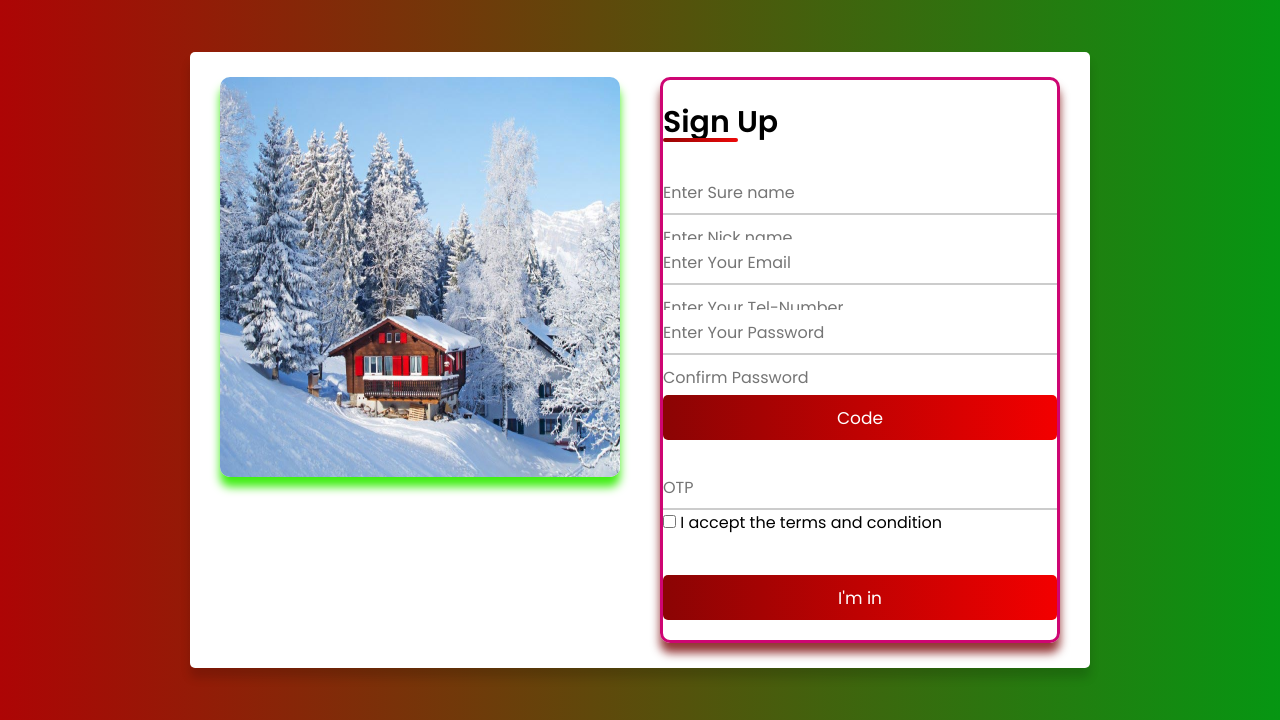
Repository: dev-ashik/Halloween
Page: Reg Page/Index.html
These files come from the project's save history. The page is drawn as it stood at one moment and after the next save; the edit follows.
The browser window is 1280 px wide. The pictures show the whole page.

Above is the page before, as saved 2021-12-21 22:17:37.

After the next save:
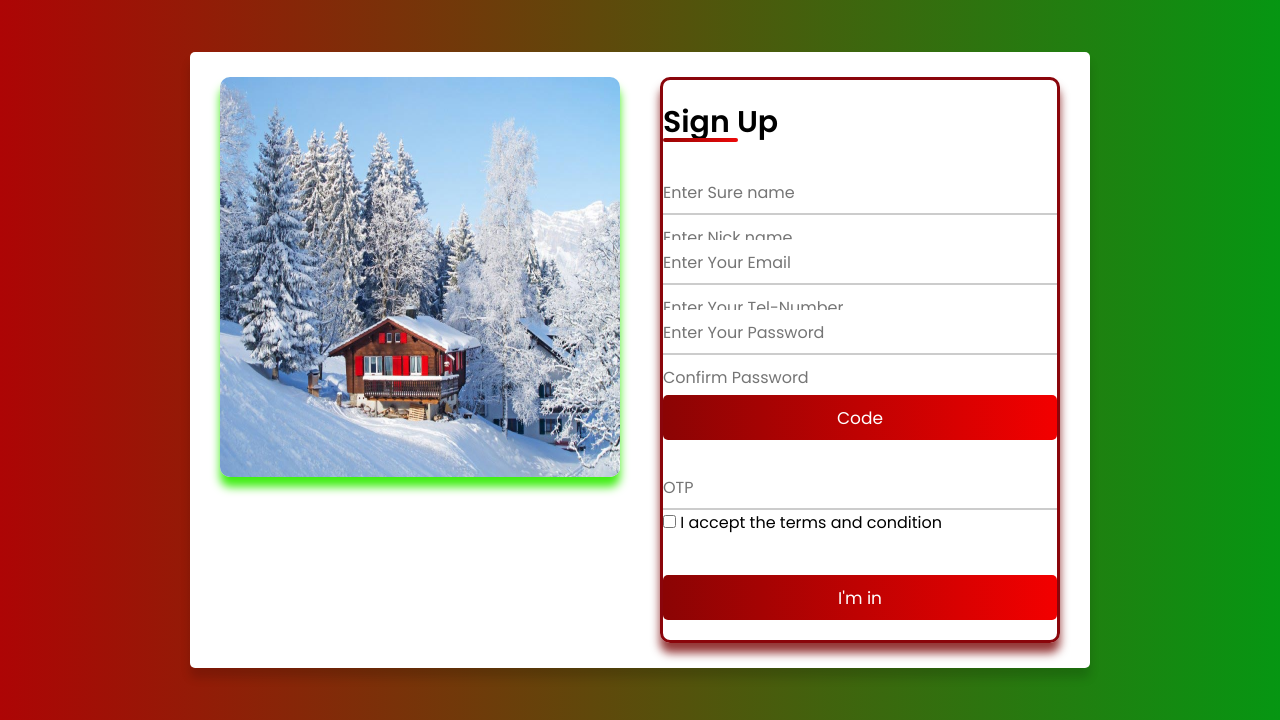
Saved 26 s later.
--- a/Reg Page/CSS/main.css
+++ b/Reg Page/CSS/main.css
@@ -39,7 +39,7 @@ body {
 
 .con .form {
     float: right;
-    border: 3px solid rgb(206, 5, 115);
+    border: 3px solid rgb(138, 5, 11);
     border-radius: 10px;
     max-width: 400px;
     width: 100%;
